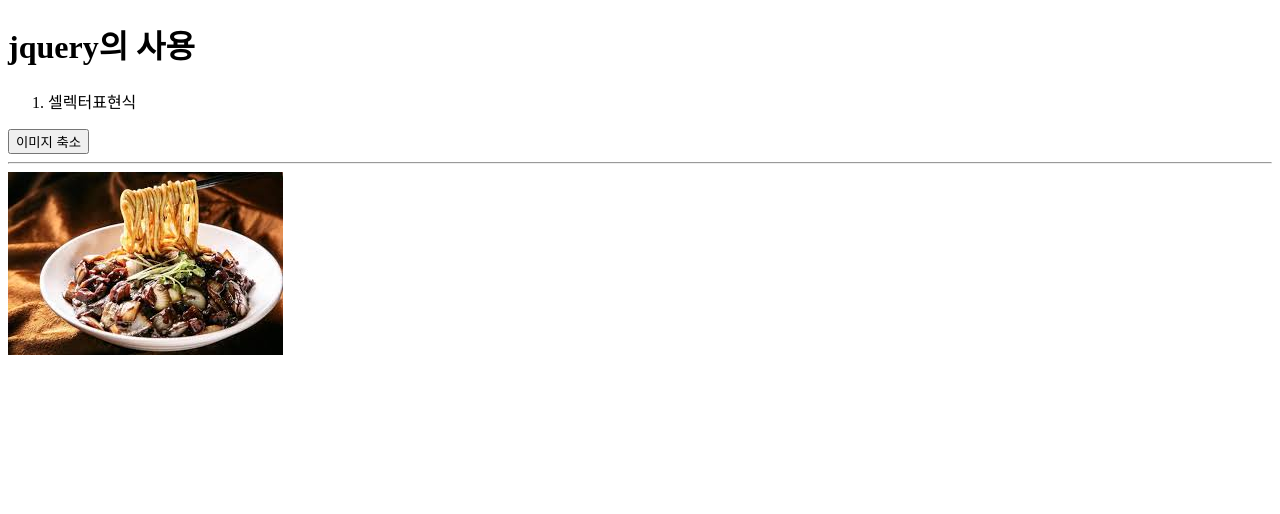
Repository: Junvelop/hkdevelope
Page: Downloads/back_end_edu20240624-master (1)/front_end_20240627/src/main/webapp/4.jq/jq01_환경설정및작성방법.html
These files come from the project's save history. The page is drawn as it stood at one moment and after the next save; the edit follows.
The browser window is 1280 px wide. The pictures show the whole page.

Above is the page before, as saved 2024-09-02 01:35:16.

After the next save:
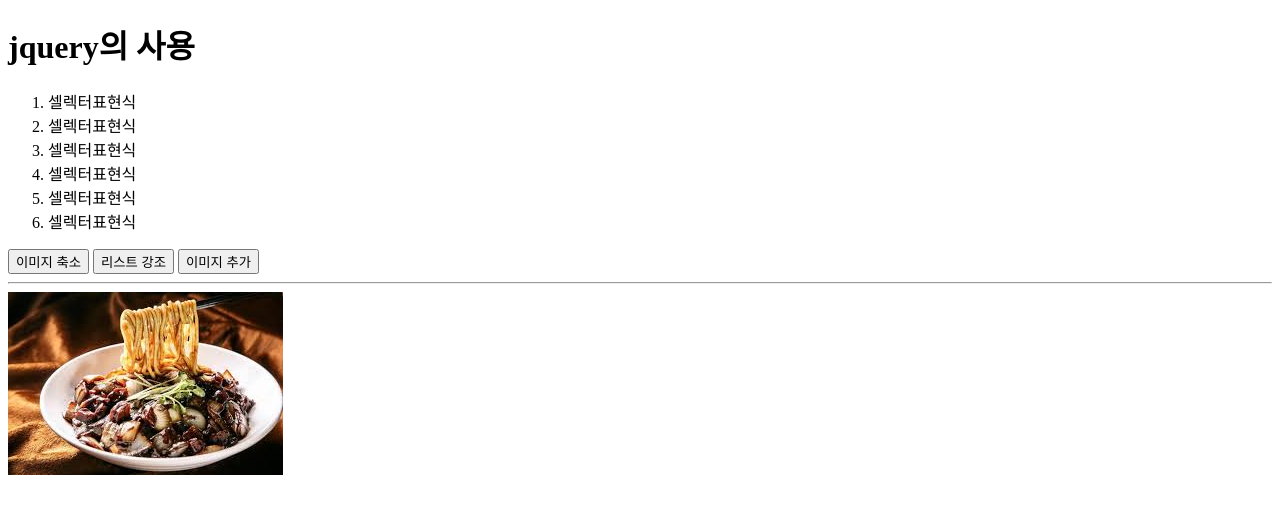
Saved 17 min 1 s later.
--- a/Downloads/back_end_edu20240624-master (1)/front_end_20240627/src/main/webapp/4.jq/jq01_환경설정및작성방법.html
+++ b/Downloads/back_end_edu20240624-master (1)/front_end_20240627/src/main/webapp/4.jq/jq01_환경설정및작성방법.html
@@ -32,14 +32,32 @@ function imgSize(){
 	imgJQ.css({"width" : "300px", "height":"300px"}); //json형식으로 한번에 정의할 수도 있음
 }
 
+function highlight(){
+	//목록 중에 인덱스가 1인 목록을 강조하기
+	$("ol>li").eq(1).css("background-color", "yellow");
+	$("ol>li").last.css({"background-color":"blue", "color":"white"});
+	$("ol>li").css("font-size","30px");
+}
+
+function addImg(){
+	$("div").append("<img src = '../3.jd/img/1.jpg' alt = '음식사진2'/>");
+}
+
 </script>
 </head>
 <body>
 <h1>jquery의 사용</h1>
 <ol>
 	<li>셀렉터표현식</li>
+	<li>셀렉터표현식</li>
+	<li>셀렉터표현식</li>
+	<li>셀렉터표현식</li>
+	<li>셀렉터표현식</li>
+	<li>셀렉터표현식</li>
 </ol>
 <button onclick = "imgSize()">이미지 축소</button>
+<button onclick = "imgSize()">리스트 강조</button>
+<button onclick = "addImg()">이미지 추가</button>
 <hr/>
 <div><img src = "../3.js/img/0.jpg" alt = "음식사진"/></div>
 </body>
